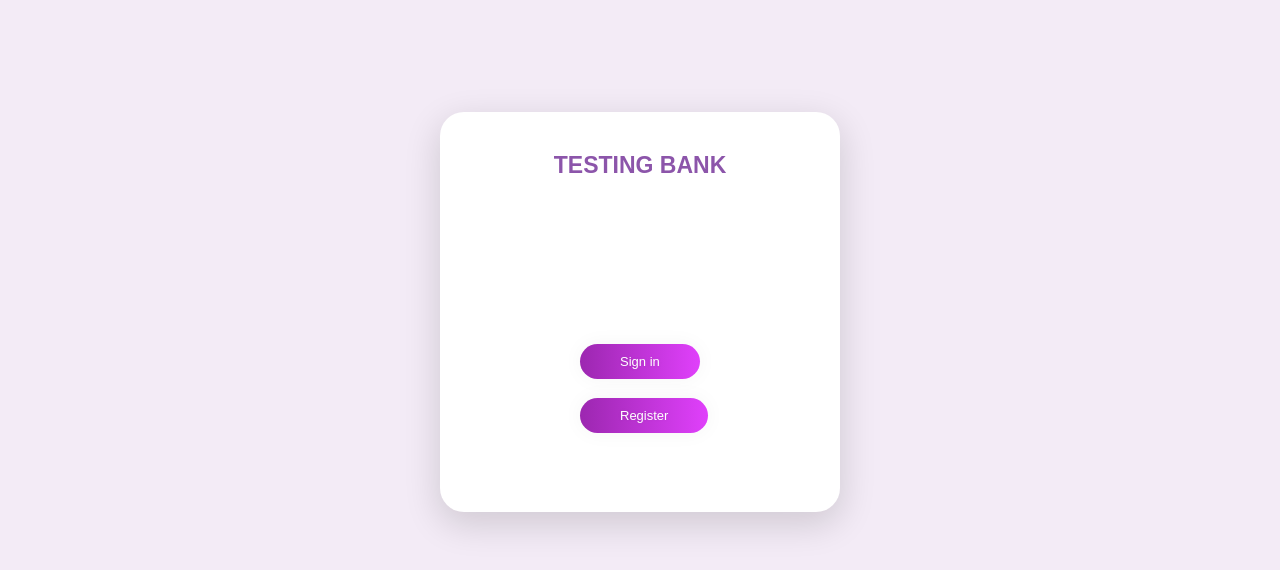
Repository: anujs099/bankingapp
Page: banking-application-final/WebContent/welcome.html
The author's editor kept a copy of each file at every save. The page is drawn from the files as they stood at one save, then again after the next save.
The browser window is 1280 px wide. The pictures show the whole page.

Above is the page before, as saved 2021-03-07 17:02:56.

After the next save:
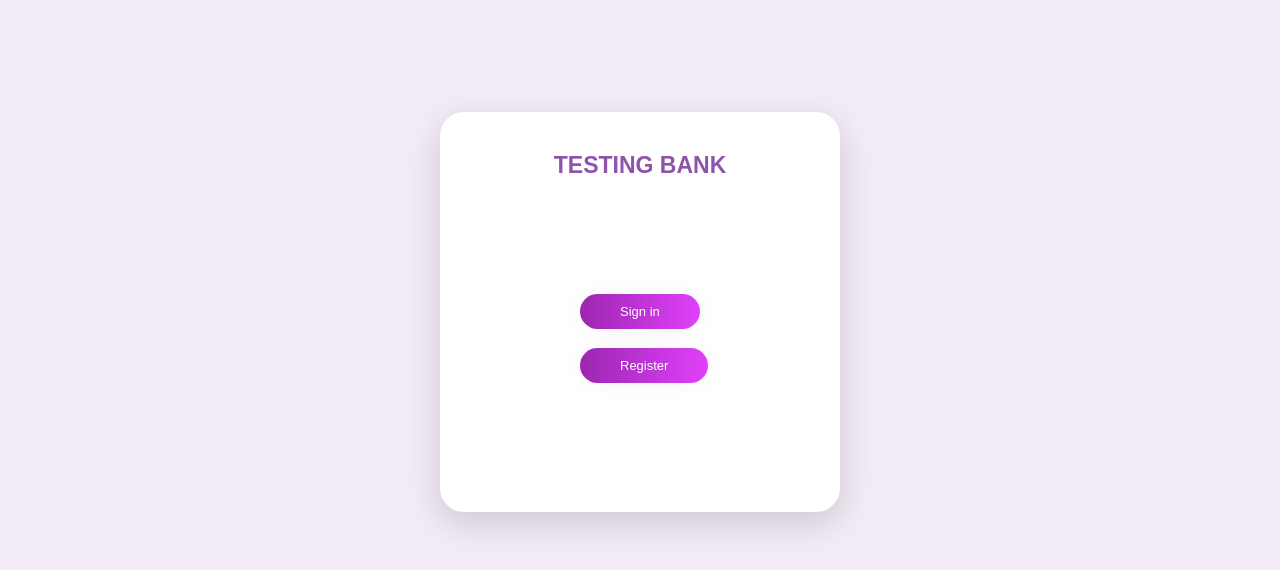
Saved 32 s later.
--- a/banking-application-final/WebContent/welcome.html
+++ b/banking-application-final/WebContent/welcome.html
@@ -7,8 +7,8 @@
 <style>
 a{
 position:relative;
-top:150px;
-padding:10px;
+top:100px;
+padding:100px;
 }
 
 </style>
